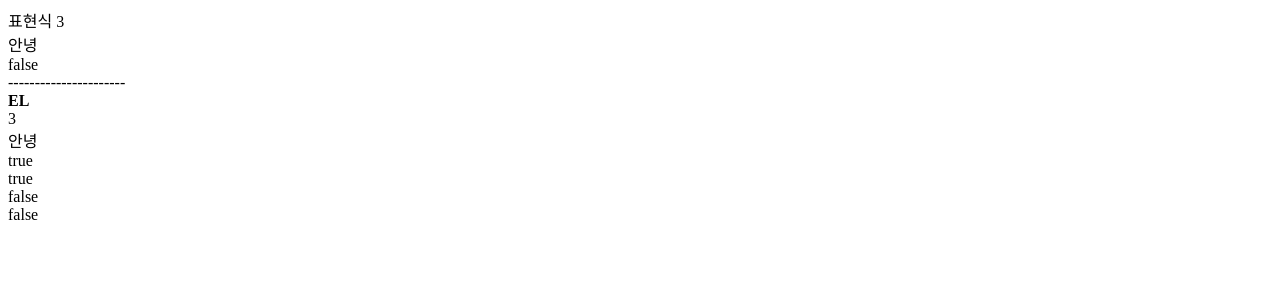
Repository: huntingforheat/JavaProject
Page: http://localhost/myweb/EL/el_basic.jsp
These files come from the project's save history. The page is drawn as it stood at one moment and after the next save; the edit follows.
The browser window is 1280 px wide. The pictures show the whole page.
The page is served by Tomcat 9. Other server files are loaded and not shown.

Above is the page before, as saved 2024-04-17 00:47:46.

### myweb/src/main/webapp/EL/el_basic.jsp
<%@ page language="java" contentType="text/html; charset=UTF-8"
    pageEncoding="UTF-8"%>
<!DOCTYPE html>
<html>
	<head>
		<meta charset="UTF-8">
		<title>el_basic.jsp</title>
	</head>
	<body>
		<%--
			EL(Expression Language)
			- EL이란 JSP에서 저장객체를 출력할 때 스크립팅을 전혀 쓰지 않을 수 있는 기술
			- 표현식을 대체할 수 있음.
				ex) 표현식 <%=value %> -> ${value}
			- EL 내부의 연산자
				> 산술 : +,-,*,/,%
				> 관계 : ==, !=, <, <=, >, >=
				> 조건 : a ? b : c (a가 참이면 b, 거짓이면 c)
				> 논리 : &&, ||
		 --%>

		 표현식
		 <%=1+2 %><br>
		 <%="안녕" %><br>
		 <%= 1 > 2 || 1 == 2 %><br>
		 ----------------------<br>

		 <b>EL</b><br>
		 ${1+2}<br>
		 ${'안녕' }<br>
		 ${1 < 2 || 1 == 2 }<br>
		 ${1 < 2 or 1 == 2 }<br>

		 ${1 < 2 && 1 > 2 }<br>
		 ${1 < 2 and 1 > 2 }<br>

	</body>
</html>

After the next save:
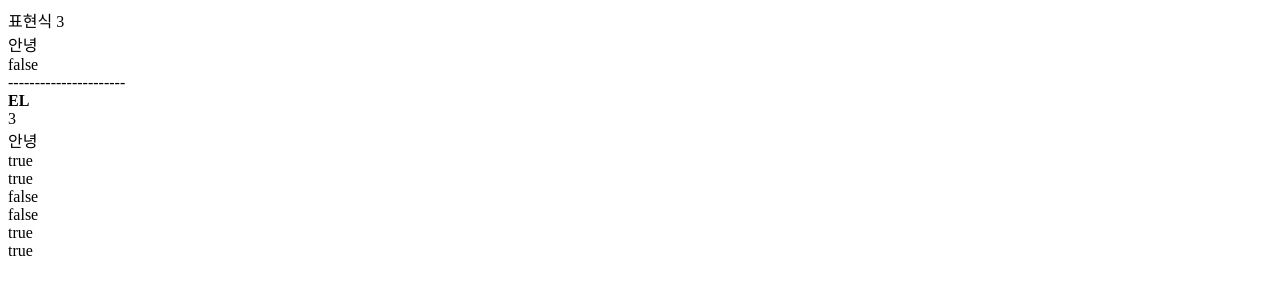
Saved 37 s later.
--- a/myweb/src/main/webapp/EL/el_basic.jsp
+++ b/myweb/src/main/webapp/EL/el_basic.jsp
@@ -34,5 +34,8 @@
 		 ${1 < 2 && 1 > 2 }<br>
 		 ${1 < 2 and 1 > 2 }<br>
 
+		 ${'홍길동' == '홍길동' }<br>
+		 ${'홍길동' eq '홍길동' }<br>
+
 	</body>
 </html>
